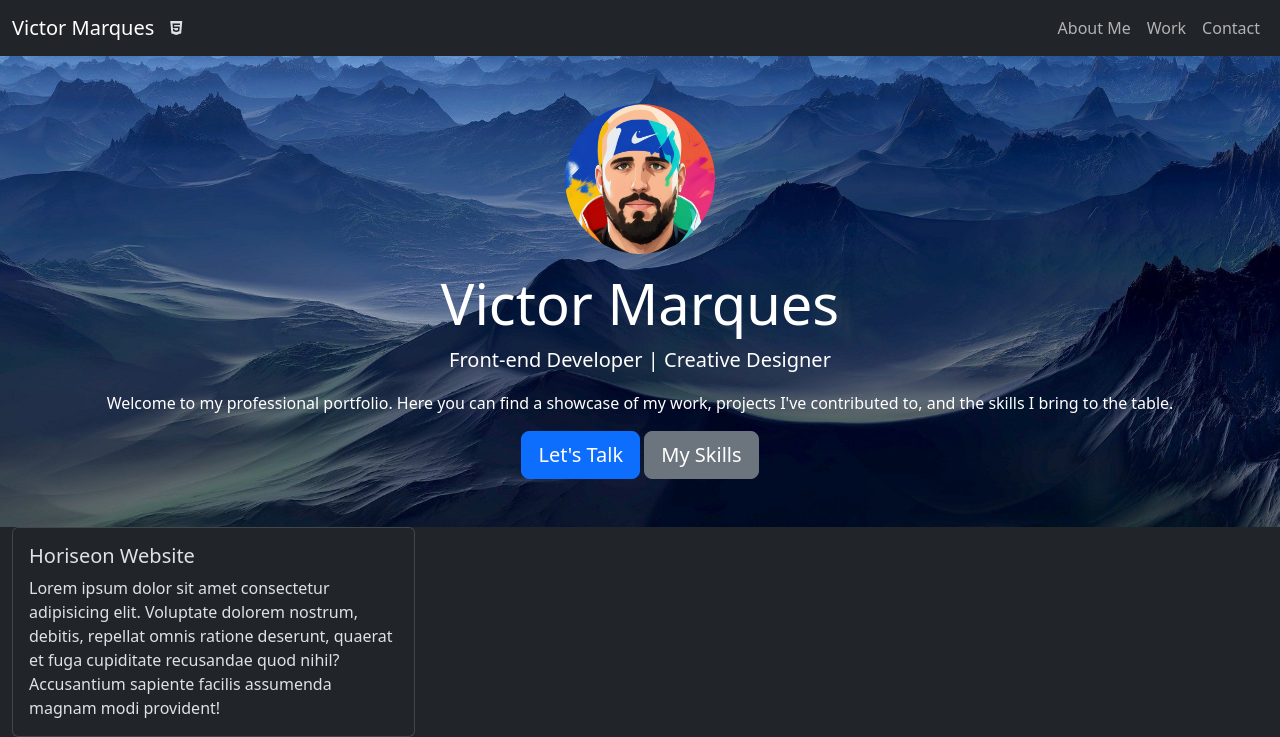
Repository: uvee35/Bootstrap-Portfolio
Page: index.html
These files come from the project's save history. The page is drawn as it stood at one moment and after the next save; the edit follows.
The browser window is 1280 px wide. The pictures show the whole page.

Above is the page before, as saved 2023-12-17 07:11:41.

After the next save:
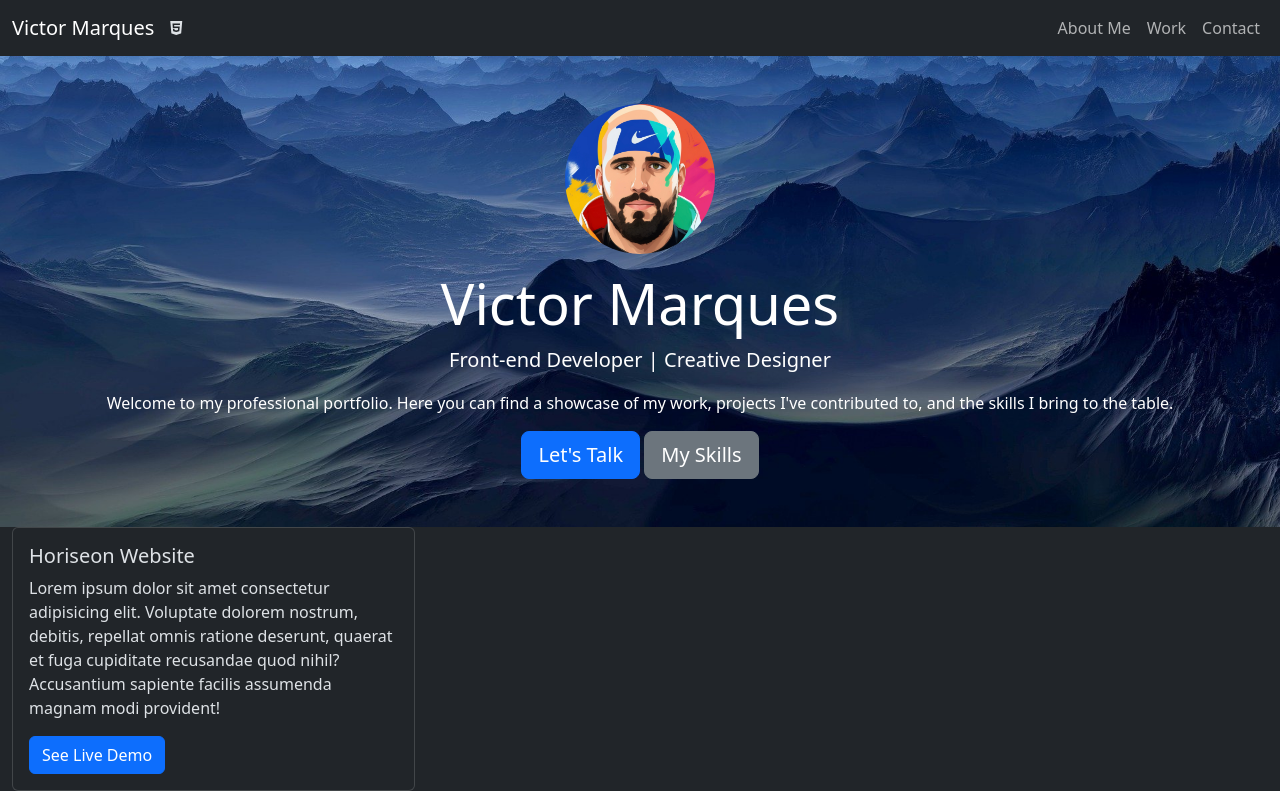
Saved 68 s later.
--- a/index.html
+++ b/index.html
@@ -82,9 +82,10 @@
           <div class="card-body">
             <h5 class="card-title"> Horiseon Website</h5>
             <p class="card-text">Lorem ipsum dolor sit amet consectetur adipisicing elit. Voluptate dolorem nostrum, debitis, repellat omnis ratione deserunt, quaerat et fuga cupiditate recusandae quod nihil? Accusantium sapiente facilis assumenda magnam modi provident!</p>
+            <a href="#" class="btn btn-primary">See Live Demo</a>
 
 
-          </div>
+
         </div>
       </div>
     </div>
